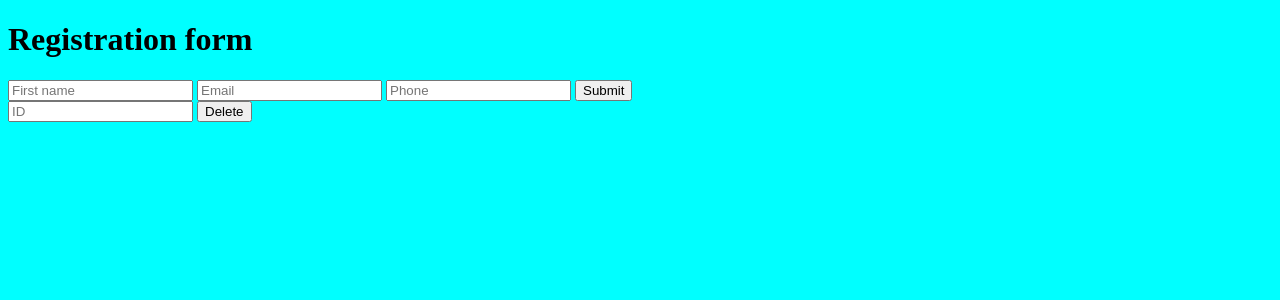
Repository: mediumrtp/CRUD
Page: index.html
The author's editor kept a copy of each file at every save. The page is drawn from the files as they stood at one save, then again after the next save.
The browser window is 1280 px wide. The pictures show the whole page.

Above is the page before, as saved 2022-11-15 11:02:38.

After the next save:
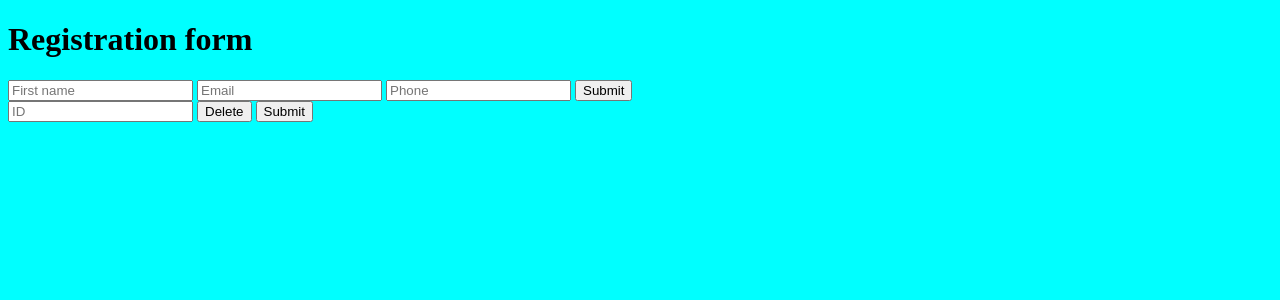
Saved 31 s later.
--- a/index.html
+++ b/index.html
@@ -16,6 +16,7 @@
     <form class="delete" action="/delete" method="POST">
         <input type="text" name="id" placeholder="ID" required>
         <button class="button" type="submit">Delete</button>
+        <input type="submit" value="Submit">
     </form>
 </body>
 
